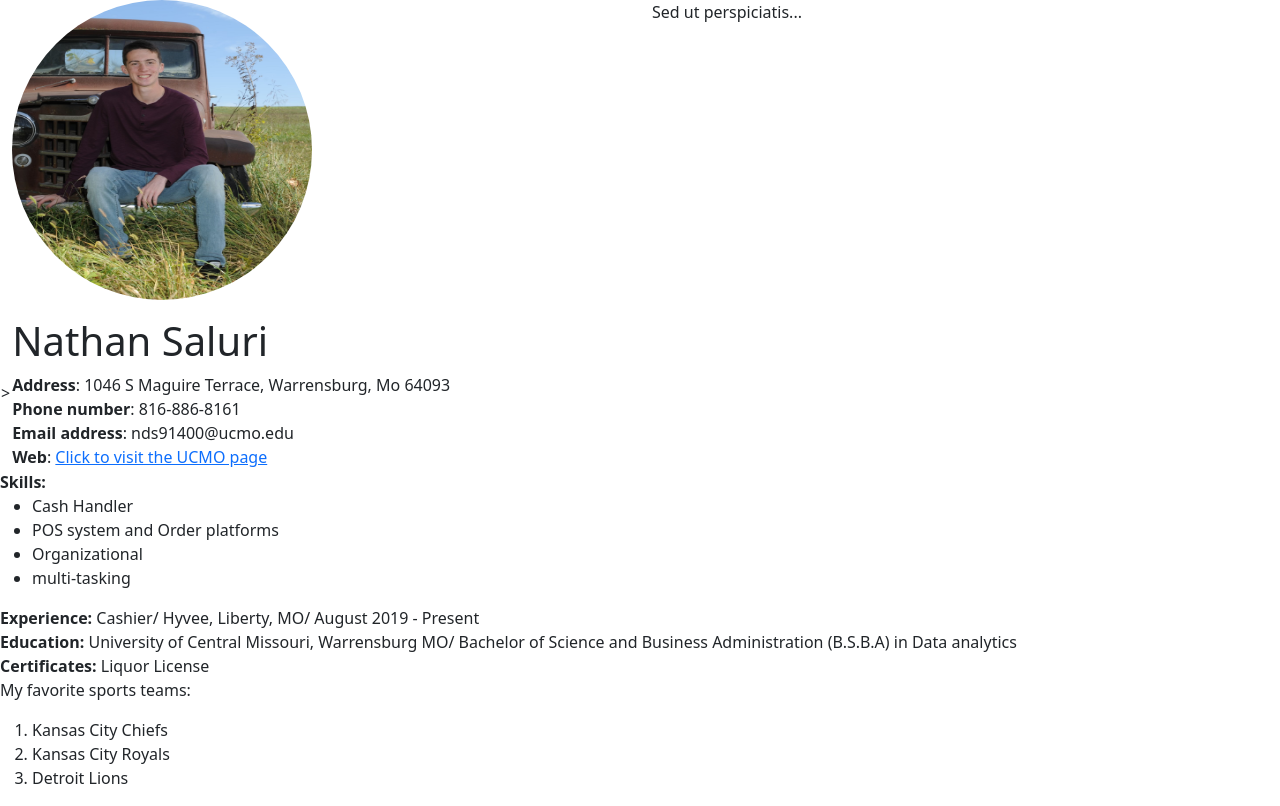
Repository: nds91400/spring-2023-cis2625-serverless
Page: lesson8/index.html
The author's editor kept a record of every edit. The page is drawn from the files as they stood at one moment, then again after the next edit.
The browser window is 1280 px wide. The pictures show the whole page.

Above is the page before.

After the next edit:
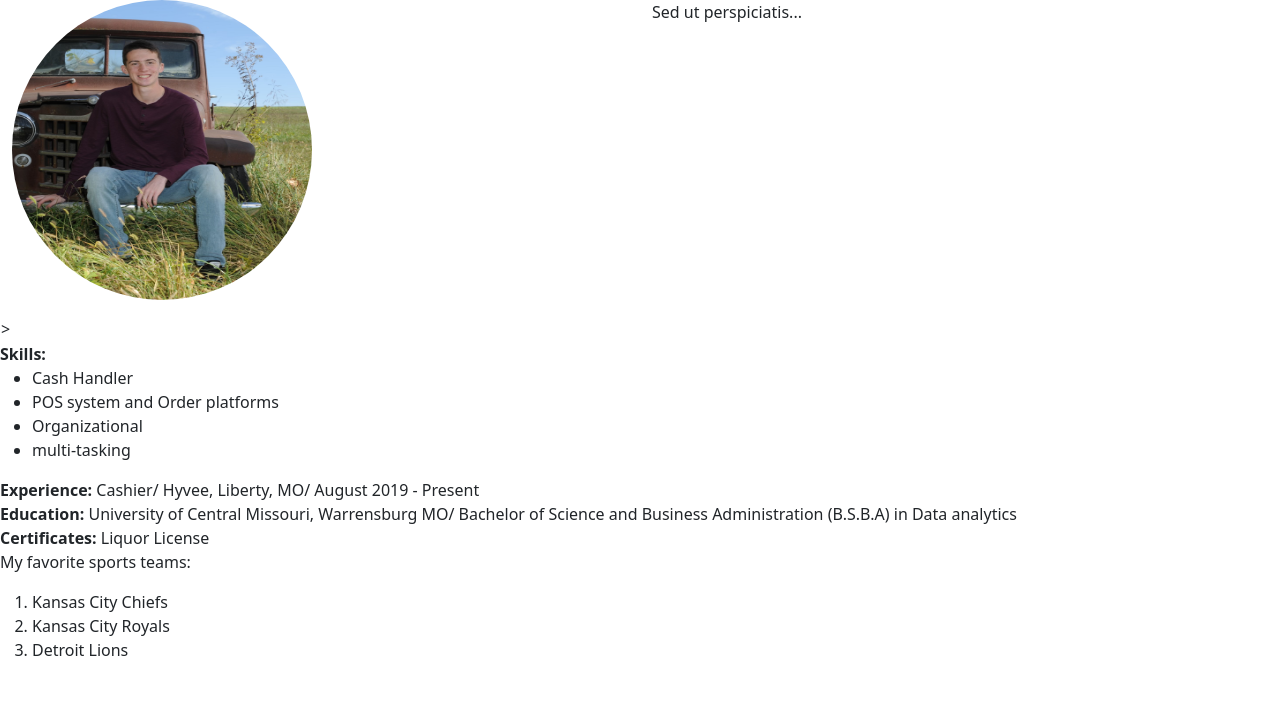
The edit:
--- a/lesson8/index.html
+++ b/lesson8/index.html
@@ -27,11 +27,7 @@
 <tr>
 <td>></td>
 <td>
-    <h1>Nathan Saluri</h1>
-<b>Address</b>: 1046 S Maguire Terrace, Warrensburg, Mo 64093</br>
-<b>Phone number</b>: 816-886-8161</br>
-<b>Email address</b>: nds91400@ucmo.edu</br>
-<b>Web</b>: <a href="http://www.ucmo.edu">Click to visit the UCMO page</a></br></td>
+</td>
 </tr>
 </table>
 
